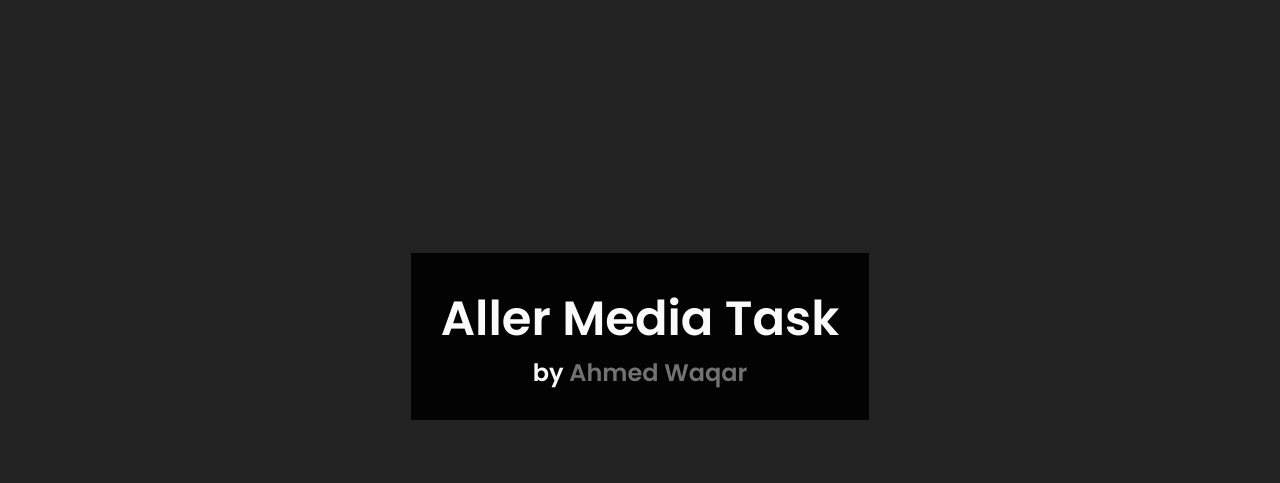
Repository: waqarmalyk/Back-to-front
Page: /
The author's editor kept a copy of each file at every save. The page is drawn from the files as they stood at one save, then again after the next save.
The browser window is 1280 px wide. The pictures show the whole page.
The page's requests for data from a server got no answer. The project was rebuilt for these pictures with package versions that can differ from the ones it lists, and the page was loaded fresh each time. No one was signed in, and anything a server would have sent is missing.

Above is the page before, as saved 2022-02-06 16:25:00.

After the next save:
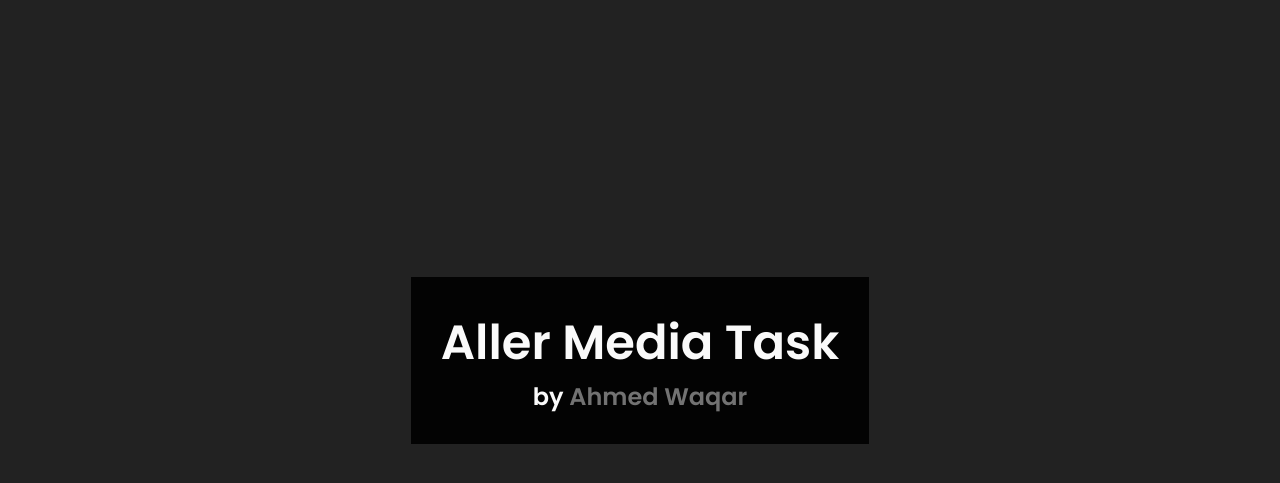
Saved 16 s later.
--- a/src/App.css
+++ b/src/App.css
@@ -40,14 +40,13 @@
   color:var(--varyDarkBlue) ;
 }
 
-.wrapper {
+/* .wrapper {
   margin: 1em;
   display: flex;
   flex-direction: column;
-
   align-items: center;
   justify-content: center;
-}
+} */
 /* .card {
   display: flex;
   flex-wrap: wrap;
